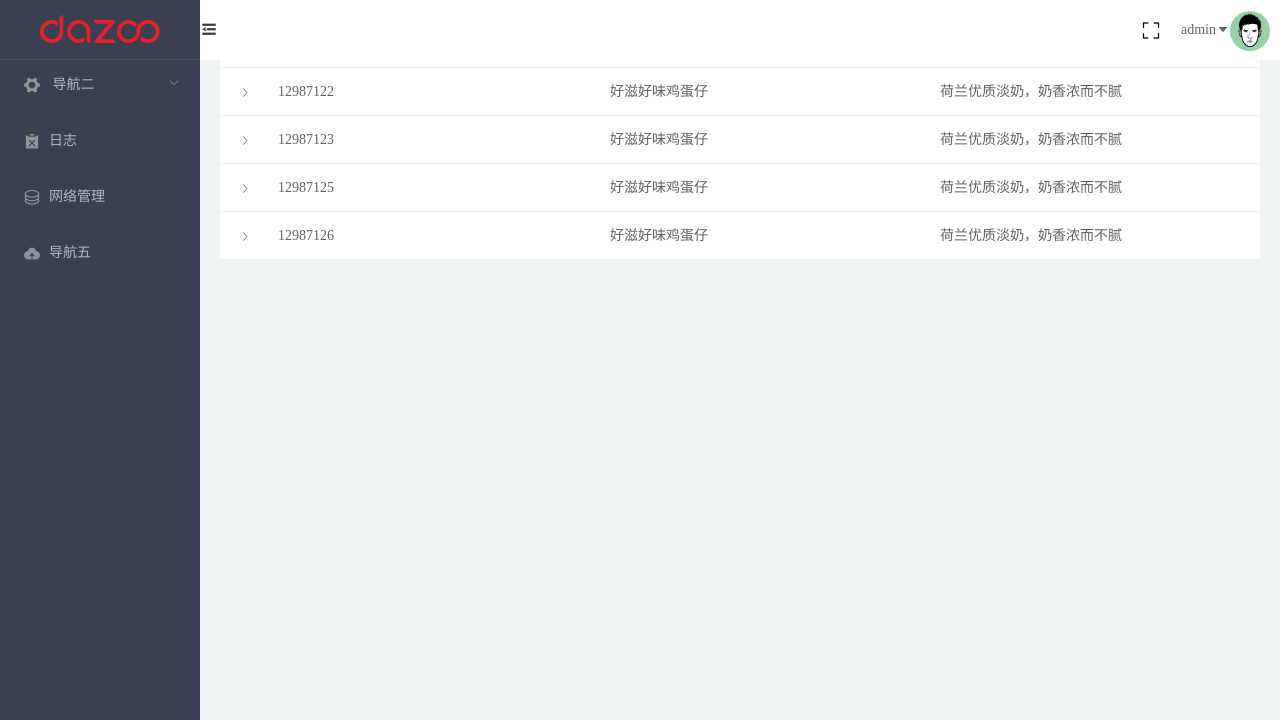
Repository: TomGodb/dazoo-admin
Page: /#/Home
An editor plug-in stored every save of this project. The page is shown before and after the next save, followed by the edit.
The browser window is 1280 px wide. The pictures show the whole page.
The project was rebuilt for these pictures with package versions that can differ from the ones it lists, and the page was loaded fresh each time. Also part of the build but not shown: vue.config.js, src/components/SlideVerify/index.vue, src/utils/request.js, src/views/login/http.js, src/views/login/index.vue.

Above is the page before, as saved 2021-01-23 11:46:25.

### public/index.html
<!DOCTYPE html>
<html lang="">
  <head>
    <meta charset="utf-8">
    <meta http-equiv="X-UA-Compatible" content="IE=edge">
    <meta name="viewport" content="width=device-width,initial-scale=1.0">
    <link rel="icon" href="<%= BASE_URL %>favicon.ico">
    <title>运维管理后台</title>
  </head>
  <body>
    <noscript>
      <strong>We're sorry but <%= htmlWebpackPlugin.options.title %> doesn't work properly without JavaScript enabled. Please enable it to continue.</strong>
    </noscript>
    <div id="app"></div>
    <!-- built files will be auto injected -->
  </body>
</html>

### src/main.js
import Vue from "vue";
import App from "./App.vue";
import router from "./router";
import store from "./store";
import ElementUI from 'element-ui';
import 'element-ui/lib/theme-chalk/index.css';
import "@/style/element.less";
Vue.config.productionTip = false;
Vue.use(ElementUI);
new Vue({
  router,
  store,
  render: h => h(App)
}).$mount("#app");

### src/App.vue
<template>
  <div id="app">
    <!-- <div id="nav">
      <router-link to="/">Home</router-link> |
      <router-link to="/about">About</router-link>
    </div> -->
    <router-view />
  </div>
</template>

<style lang="less">
* {
  padding: 0;
  margin: 0;
}
body,
html {
  height: 100%;
}
#app {
  font-family: "\5FAE\8F6F\96C5\9ED1";
  height: 100%;
}

// #nav {
//   padding: 30px;
//   a {
//     font-weight: bold;
//     color: #2c3e50;
//     &.router-link-exact-active {
//       color: #42b983;
//     }
//   }
// }
</style>

### src/router/index.js
import Vue from "vue";
import VueRouter from "vue-router";

import login from "@v/login/index.vue";
import Home from "@/Home/index.vue";
Vue.use(VueRouter);
import module from './modole'

export const currencyRoutes = [{
    path: "/",
    name: "login",
    component: login,
  },
  {
    path: "/Home",
    name: "Home",
    component: Home,
    redirect: "/dashbord",
    children: module,

  },
];
const router = new VueRouter({
  mode: "hash",
  base: process.env.BASE_URL,
  routes: currencyRoutes
});

export default router;

### src/store/index.js
import Vue from "vue";
import Vuex from "vuex";
import getters from "./getters"

Vue.use(Vuex);
export default new Vuex.Store({
  state: {
    opened: false
  },
  mutations: {
    SET_OPENED(state) {
      state.opened = !state.opened;
    },
  },
  actions: {},
  modules: {},
  getters
});

### src/style/element.less
.el-menu--collapse .el-submenu__title{
    span{
        display: none;
    }
    .el-submenu__icon-arrow {
        display: none;
    }
}
.el-header{
    height: 60px;
    position: fixed;
    top: 0;
    width: 100%;
    left: 0;
    z-index: 999;
    padding: 0px !important;
}
.table-expand {
    font-size: 0;
    & label{
        width: 90px;
        color: #99a9bf;
    }
    & .el-form-item {
        margin-right: 0;
        margin-bottom: 0;
        width: 50%;
      }
  }

### src/Home/index.vue
<template>
  <div class="home-container">
    <el-container>
      <el-header> <m-header></m-header></el-header>
      <el-container>
        <el-aside :width="opened ? '64px' : '200px'">
          <el-menu
            :default-active="activeMenu"
            class="el-menu-vertical-demo"
            background-color="#3a3f51"
            text-color="#b5b6bd"
            active-text-color="rgb(79, 148, 212)"
            mode="vertical"
            :collapse-transition="false"
            router
            :collapse="opened"
          >
            <NavMenu :navMenus="menuData"></NavMenu>
          </el-menu>
        </el-aside>
        <el-main>
          <transition name="fade-page" mode="out-in">
            <router-view></router-view> </transition
        ></el-main>
      </el-container>
    </el-container>
    <!-- <el-container>
      <el-aside :width="opened ? '64px' : '200px'">
        <el-menu
          :default-active="activeMenu"
          class="el-menu-vertical-demo"
          background-color="#3a3f51"
          text-color="#b5b6bd"
          active-text-color="rgb(79, 148, 212)"
          mode="vertical"
          :collapse-transition="false"
          router
          :collapse="opened"
        >
          <NavMenu :navMenus="menuData"></NavMenu>
        </el-menu>
      </el-aside>
      <el-container>
        <el-header>
          <m-header></m-header>

        </el-header>
        <el-main>
          <transition name="fade-page" mode="out-in">
            <router-view></router-view>
          </transition>
        </el-main>
      </el-container>
    </el-container> -->
  </div>
</template>

<script>
import NavMenu from "./NavMenu";
import { mapGetters } from "vuex";
import MHeader from "./Header";
import { menuData } from "./NavMenu/meunDataRouter";
export default {
  components: {
    NavMenu,
    MHeader,
  },
  data() {
    return {
      menuData,
    };
  },
  computed: {
    activeMenu() {
      return this.$route.path;
    },
    ...mapGetters(["opened"]),
  },
};
</script>

<style lang="less" scoped>
.home-container {
  height: 100%;
  .el-aside {
    transition: width 0.3s;
    overflow: hidden;
    background-color: rgb(58, 63, 81);
  }
  .el-menu {
    border-right: 0px !important;
  }
  .fade-page-enter-active,
  .fade-page-leave-active {
    transition: all 0.5s;
  }
  .fade-page-enter {
    opacity: 0;
    transform: translateX(-30px);
  }
  .fade-page-leave-to {
    opacity: 0;
    transform: translateX(-30px);
  }
}
.el-container {
  height: 100%;
}
.el-main {
  background-color: #f0f3f4;
}
</style>

### src/router/modole/index.js
import aaa from './aaa'
let routesArray = []

let toArray = (pages) => {
  Object.keys(pages).forEach((key) => {
    let obj = pages[key]
    Object.keys(obj).forEach((key) => {
      routesArray.push(obj[key])
    })
  })
}
toArray([aaa])

export default routesArray

### src/store/getters.js

const getters ={
    opened(state){
        return state.opened
    }
}
export default getters;

### src/Home/NavMenu/index.vue
<template>
  <div class="navMenu">

    <template v-for="navMenu in navMenus">
      <!-- 最后一级菜单 -->
      <el-menu-item
        v-if="!navMenu.children && navMenu"
        :key="navMenu.id"
        :data="navMenu"
        :index="navMenu.path"
      >
        <i :class="navMenu.meta.icon"></i>
        <span slot="title">{{ navMenu.meta.title }}</span>
      </el-menu-item>
      <!-- 此菜单下还有子菜单 -->
      <el-submenu
        v-if="navMenu.children && navMenu"
        :key="navMenu.id"
        :data="navMenu"
        :index="navMenu.path"
      >
        <template slot="title">
          <i :class="navMenu.meta.icon"></i>
          <span> {{ navMenu.meta.title }}</span>
        </template>
        <!-- 递归 -->
        <NavMenu :navMenus="navMenu.children"></NavMenu>
      </el-submenu>
    </template>
  </div>
</template>

<script>
import { mapGetters } from "vuex";
export default {
  computed: {
    ...mapGetters(["opened"]),
  },
  name: "NavMenu",
  props: ["navMenus"],
  data() {
    return {};
  },
  methods: {},
};
</script>
<style lang="less" scoped>

</style>

### src/Home/Header/index.vue
<template>
  <div class="sideCollapse">
    <header-l></header-l>
    <div class="sideCollapse-left" id="domColapse">
      <i
        :class="{ 'el-icon-s-unfold': opened, 'el-icon-s-fold': !opened }"
        @click="toggleOpen()"
      ></i>
    </div>
    <div class="sideCollapse-right">
      <user-dropdown></user-dropdown>
    </div>
  </div>
</template>

<script>
import { mapGetters } from "vuex";
import UserDropdown from "./UserDropdown";
import headerL from "./logo";
export default {
  components: {
    UserDropdown,
    headerL,
  },
  computed: {
    ...mapGetters(["opened"]),
  },
  methods: {
    toggleOpen() {
      this.$store.commit("SET_OPENED");
    },
  },
};
</script>
<style lang="less" scoped>
.sideCollapse-left {
  float: left;
  font-size: 18px;
  color: #363f44;
  cursor: pointer;
}
.sideCollapse {
  background-color: white;
  line-height: 60px;
  height: 100%;
}
.sideCollapse-right {
  float: right;
}
.header_l {
  transition: width 0.3s;
  float: left;
  background-color: #3a3f51;
  border-bottom: 1px solid #454b61;
  width: 200px;
  height: 59px;
  text-align: center;
  font-size: 15px;
  font-weight: 700;
  img {
    height: 28px;
    vertical-align: middle;
    position: relative;
    top: -3px;
  }
}
</style>

### src/Home/NavMenu/meunDataRouter.js
const menuData = [{
        id: 1,
        meta: {
            title: "首页",
            icon: "el-icon-s-data"
        },
        path: "/dashbord",
    },
    {
        id: 2,
        meta: {
            title: "导航二",
            icon: "el-icon-s-tools"
        },
        path: "/dashbord/aaa",

        children: [{

            path: "/dashbord/aaa",
            meta: {
                title: "导航2-1",
                icon: "el-icon-s-tools"
            },
        }]
    },
    {
        id: 3,
        meta: {
            title: "日志",
            icon: "el-icon-s-release"
        },
        path: "/",
    },
    {
        id: 4,
        meta: {
            title: "网络管理",
            icon: "el-icon-coin"
        },
        path: "/",
    },
    {
        id: 5,
        meta: {
            title: "导航五",
            icon: "el-icon-upload"
        },
        path: "/",
    },
]

export {
    menuData
}

### src/router/modole/aaa.js
export default [{
        path: "/dashbord",
        name: "Dashbord",
        component: () => import("@v/dashbord"),
        meta: {
            title: "首页",
            icon: "el-icon-s-data"
        }
    },
    {
        path: "/dashbord/aaa",
        name: "aaa",
        component: () => import("@v/aaa"),
        meta: {
            title: "aaa",
            icon: "el-icon-s-data"
        }
    },
]

### src/Home/Header/UserDropdown.vue
<template>
  <div>
    <div class="hoverBag" @click="toggleFull">
      <i class="el-icon-full-screen iconFont"></i>
    </div>
    <el-dropdown class="userDd hoverBag" @command="handleCommand">
      <div class="userDrop">
        <span class="userDrop_text">
          admin<i class="el-icon-caret-bottom"></i
        ></span>
        <img src="@a/ImgSrc/header_images/user01.jpg" alt="user" />
      </div>
      <el-dropdown-menu solt="dropdown">
        <el-dropdown-item
          v-for="(item, index) in dropdownList"
          :key="index"
          :command="index"
        >
          <i :class="item.icon"></i>{{ item.title }}
        </el-dropdown-item>
        <!-- <el-dropdown-item>
          <i class=""></i>
        </el-dropdown-item>
        <el-dropdown-item divided>
          <i class=""></i>
        </el-dropdown-item> -->
      </el-dropdown-menu>
    </el-dropdown>
  </div>
</template>
<script>
import screenfull from "screenfull";
export default {
  data() {
    return {
      dropdownList: [
        {
          icon: "el-icon-s-home",
          title: "首页",
          path: "/Home",
        },
        {
          icon: "el-icon-s-custom",
          title: "个人信息",
          path: "/dashbord/aaa",
        },
        {
          icon: "el-icon-switch-button",
          title: "登出",
          path: "/",
        },
      ],
    };
  },
  methods: {
    handleCommand(index) {
      this.$router.push(this.dropdownList[index].path);
    },
    toggleFull() {
      screenfull.toggle();
    },
  },
};
</script>
<style lang="less" scoped>
.iconFont {
  font-size: 20px;
  vertical-align: middle;
}
.userDrop img {
  vertical-align: middle;
  display: inline-block;
  width: 40px;
  height: 40px;
  border-radius: 50%;
  vertical-align: middle;
}

.hoverBag {
  cursor: pointer;
  height: 100%;
  padding: 0px 10px;
  float: left;
}
.hoverBag:hover {
  background: #f0f3f4;
}
</style>

### src/Home/Header/logo.vue
<template>
  <div>
    <div class="header_l" :style="{ width: opened ? '64px' : '200px' }">
      <img
        :src="
          require(opened
            ? '@a/ImgSrc/Home-logo/dazoo-logo.png'
            : '@a/ImgSrc/Home-logo/logo.jpg')
        "
        alt="logo"
        title="logo"
      />
    </div>
  </div>
</template>
<script>
import { mapGetters } from "vuex";
export default {
  computed: {
    ...mapGetters(["opened"]),
  },
};
</script>
<style lang="less" scoped>
.header_l {
  transition: width 0.3s;
  float: left;
  background-color: #3a3f51;
  border-bottom: 1px solid #454b61;
  width: 200px;
  height: 59px;
  text-align: center;
  font-size: 15px;
  font-weight: 700;
  img {
    height: 28px;
    vertical-align: middle;
    position: relative;
    top: -3px;
  }
}
</style>

### src/views/dashbord/index.vue
<template>
  <div>
    <el-table :data="tableData" style="width: 100%">
      <el-table-column type="expand">
        <template slot-scope="props">
          <el-form label-position="left" inline class="table-expand">
            <el-form-item label="商品名称">
              <span>{{ props.row.name }}</span>
            </el-form-item>
            <el-form-item label="所属店铺">
              <span>{{ props.row.shop }}</span>
            </el-form-item>
            <el-form-item label="商品 ID">
              <span>{{ props.row.id }}</span>
            </el-form-item>
            <el-form-item label="店铺 ID">
              <span>{{ props.row.shopId }}</span>
            </el-form-item>
            <el-form-item label="商品分类">
              <span>{{ props.row.category }}</span>
            </el-form-item>
            <el-form-item label="店铺地址">
              <span>{{ props.row.address }}</span>
            </el-form-item>
            <el-form-item label="商品描述">
              <span>{{ props.row.desc }}</span>
            </el-form-item>
          </el-form>
        </template>
      </el-table-column>
      <el-table-column label="商品 ID" prop="id"> </el-table-column>
      <el-table-column label="商品名称" prop="name"> </el-table-column>
      <el-table-column label="描述" prop="desc"> </el-table-column>
    </el-table>
  </div>
</template>
<script>
export default {
  data() {
    return {
      tableData: [
        {
          id: "12987122",
          name: "好滋好味鸡蛋仔",
          category: "江浙小吃、小吃零食",
          desc: "荷兰优质淡奶，奶香浓而不腻",
          address: "上海市普陀区真北路",
          shop: "王小虎夫妻店",
          shopId: "10333",
        },
        {
          id: "12987123",
          name: "好滋好味鸡蛋仔",
          category: "江浙小吃、小吃零食",
          desc: "荷兰优质淡奶，奶香浓而不腻",
          address: "上海市普陀区真北路",
          shop: "王小虎夫妻店",
          shopId: "10333",
        },
        {
          id: "12987125",
          name: "好滋好味鸡蛋仔",
          category: "江浙小吃、小吃零食",
          desc: "荷兰优质淡奶，奶香浓而不腻",
          address: "上海市普陀区真北路",
          shop: "王小虎夫妻店",
          shopId: "10333",
        },
        {
          id: "12987126",
          name: "好滋好味鸡蛋仔",
          category: "江浙小吃、小吃零食",
          desc: "荷兰优质淡奶，奶香浓而不腻",
          address: "上海市普陀区真北路",
          shop: "王小虎夫妻店",
          shopId: "10333",
        },
      ],
    };
  },
};
</script>
<style lang="less" scoped></style>

After the next save:
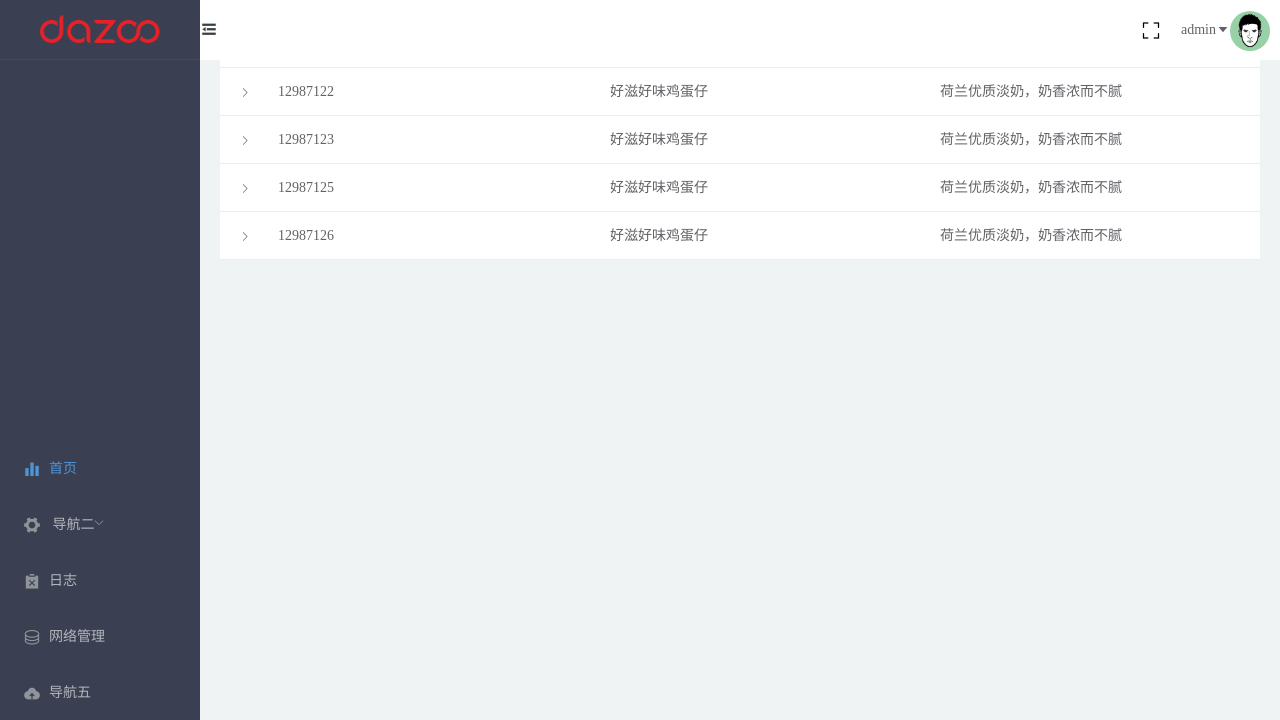
Saved 106 s later.
--- a/src/Home/NavMenu/index.vue
+++ b/src/Home/NavMenu/index.vue
@@ -45,5 +45,9 @@
 };
 </script>
 <style lang="less" scoped>
-
+.navMenu{
+  position: fixed;
+    bottom: 0;
+    left: 0;
+}
 </style>

After the save that followed:
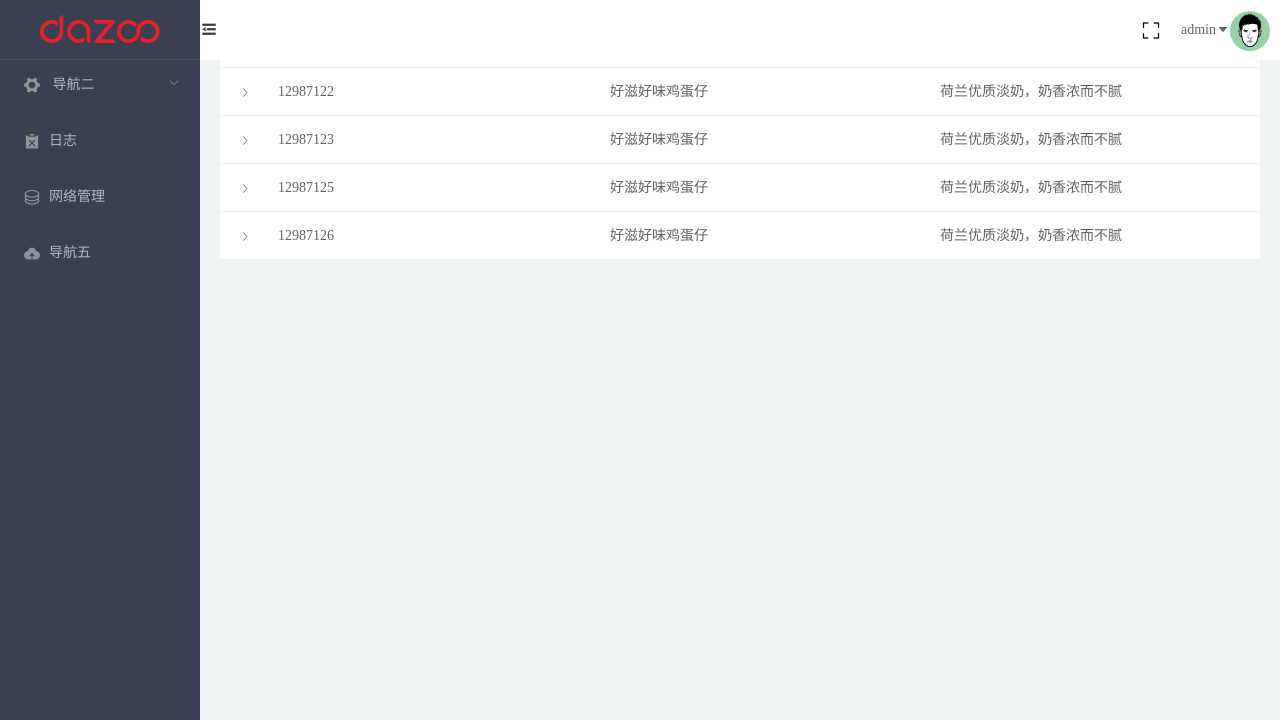
Saved 9 s later.
--- a/src/Home/NavMenu/index.vue
+++ b/src/Home/NavMenu/index.vue
@@ -45,9 +45,5 @@
 };
 </script>
 <style lang="less" scoped>
-.navMenu{
-  position: fixed;
-    bottom: 0;
-    left: 0;
-}
+
 </style>
